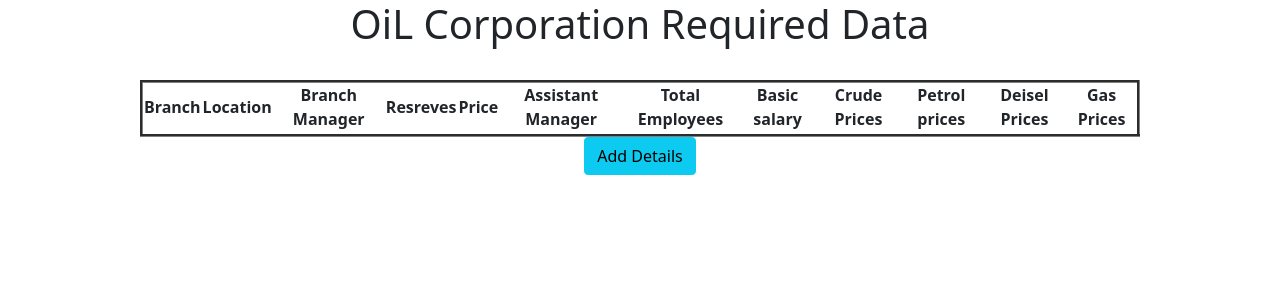
Repository: veerrajuMareddi/demo
Page: http://localhost/OilCorporation/views/unique.jsp
An editor plug-in stored every save of this project. The page is shown before and after the next save, followed by the edit.
The browser window is 1280 px wide. The pictures show the whole page.
The page is served by Tomcat 9. The template is opened directly, without the code that normally fills it, so the values that code supplies are empty.

Above is the page before, as saved 2022-05-03 13:45:46.

After the next save:
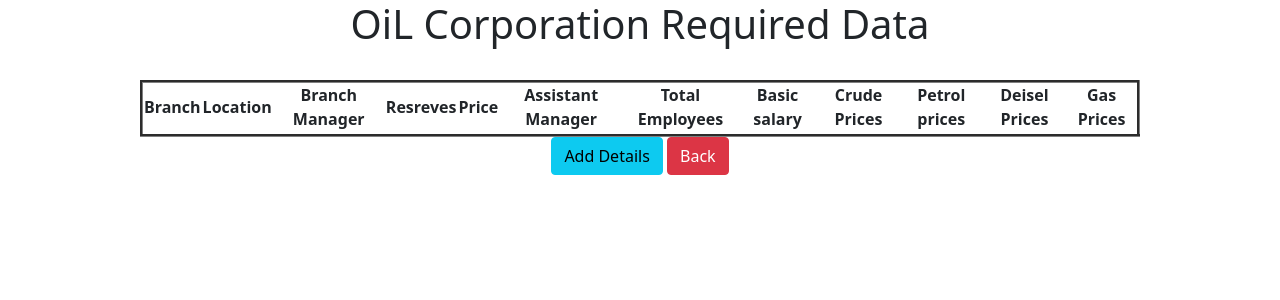
Saved 80 s later.
--- a/OilCorporation/src/main/webapp/views/unique.jsp
+++ b/OilCorporation/src/main/webapp/views/unique.jsp
@@ -72,6 +72,8 @@ pageEncoding="ISO-8859-1"%>
 </table>
 </center>
 <a class="btn btn-info" href="/src/callsave">Add Details</a>
+<a class="btn btn-danger" href="/src/index">Back</a>
+
 
 </body>
 </html>
